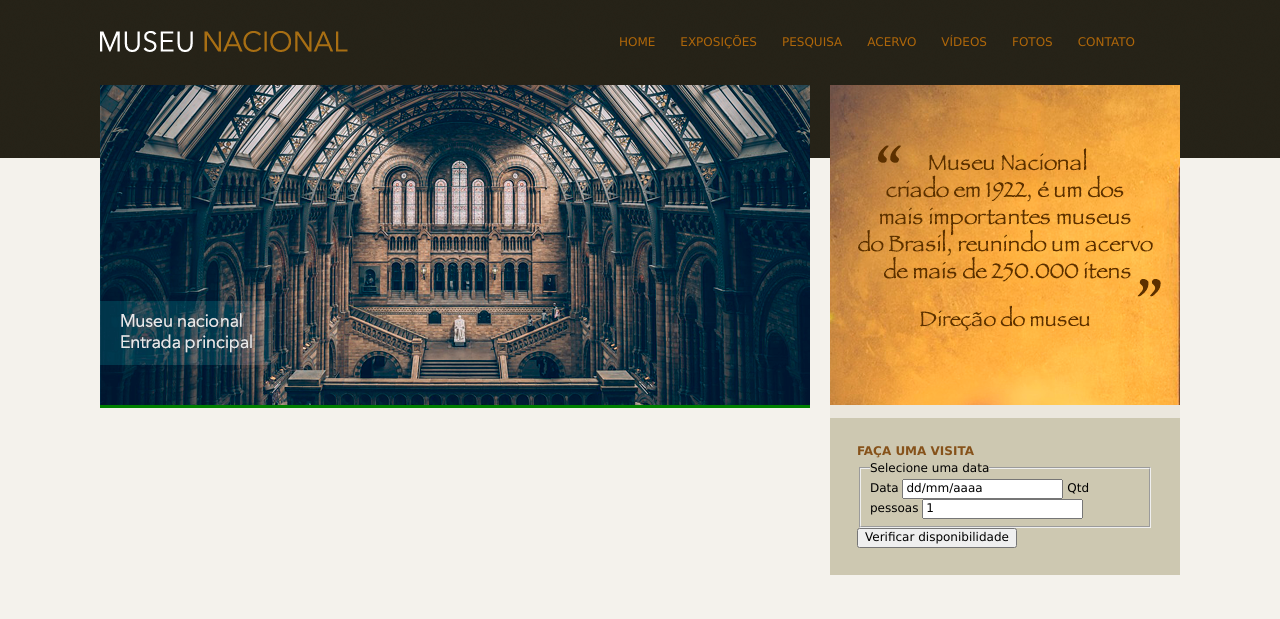
Repository: GustavoScopinho/Museu-Nacional
Page: index.html
These files come from the project's save history. The page is drawn as it stood at one moment and after the next save; the edit follows.
The browser window is 1280 px wide. The pictures show the whole page.

Above is the page before, as saved 2022-07-05 01:15:42.

### index.html
<!DOCTYPE html>
<html>
  <head>
    <title>Museu Nacional</title>
    <meta charset="utf-8" />
    <link rel="stylesheet" type="text/css" href="css/normalize.css" />
    <link rel="stylesheet" type="text/css" href="css/style.css" />
  </head>

  <body>
    <div id="container">
      <!-- Inicio container -->

      <header>
        <div id="logo">
          <h1><a href="">Museu Nacional</a></h1>
        </div>

        <nav>
          <ul>
            <li><a href="#">Home</a></li>
            <li><a href="#">Exposições</a></li>
            <li><a href="#">Pesquisa</a></li>
            <li><a href="#">Acervo</a></li>
            <li><a href="#">Vídeos</a></li>
            <li><a href="#">Fotos</a></li>
            <li><a href="#">Contato</a></li>
          </ul>
        </nav>
      </header>

      <div id="principal">
        <div id="conteudo">
          <section id=" capa">
            <img src="img/museu.png">
          </section>
        </div>
      <aside>
        <section id="depoimento">
          <img src="img/depoimento.png">
        </section>

      <section id="visita">
        <h4>Faça uma visita</h4>
          <form>
            <fieldset>
                <legend>Selecione uma data</legend>

                <label for="data" >Data</label>
                <input type="text" id="data" value="dd/mm/aaaa">

                <label for="qtd" >Qtd pessoas</label>
                <input type="text" id="qtd" value="1">

            </fieldset>
            <input type="submit" value="Verificar disponibilidade">
          </form>
      </section>

      </aside>
    </div>
    <!-- fim container -->
  </body>
</html>

### css/style.css

body {
  background: #f4f2ec url(../img/fundo.png) repeat-x;
  font: 12px "Lucida Grande", "Lucida Sans Unicode", Arial, sans-serif ;
}

#container {
  width: 1080px;
  margin: 0 auto;
}

a:link, a:active, a:visited {
  color: #af670a;
  text-decoration: none;
}

a:hover {
  color: #227115;
}

/* LOGO */

#logo h1{
  float: left;
}
#logo a {
  width: 248px;
  height: 21px;
  text-indent: -9999px;
  display: block;
  background: url(../img/logo.png) no-repeat;
}

/* navegation */

header{
  padding: 15px 0;
  height: 55px;
}

nav ul {
  list-style: none;
  margin: 20px;
  float: right;
}
nav ul li {
  float: left;
}

nav ul li a:link {
  display: block;
  margin-right: 25px;
  padding-bottom: 3px;
  text-transform: uppercase;
}

nav ul li a:hover {
  border-bottom: 1px solid #535858;
}

/* Principal */

#conteudo {
  width: 710px;
  float: left;
  background: green;
}
aside {
  width: 350px;
  float: right;
  background: #ebe7dd;
}

section#visita {
  background: #cdc8b1;
  padding: 10px 27px 27px 27px;
  margin-top: 10px;
}

h4 {
  color: #86521a;
  text-transform: uppercase;
  padding-bottom: 3px;
  margin-bottom: 0;
}

Loaded but not shown: css/normalize.css (library)

After the next save:
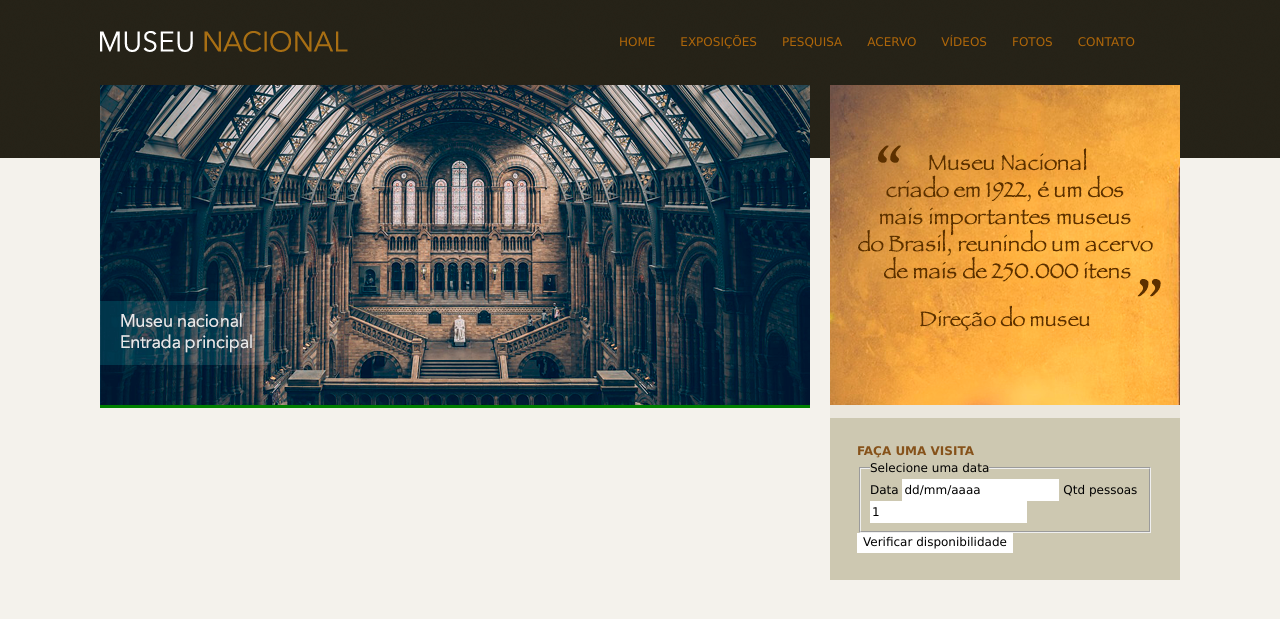
Saved 39 s later.
--- a/css/style.css
+++ b/css/style.css
@@ -83,3 +83,11 @@
   padding-bottom: 3px;
   margin-bottom: 0;
 }
+
+/* Formulario */
+
+input {
+  height: 20px;
+  background: #fff;
+  border: none;
+}
